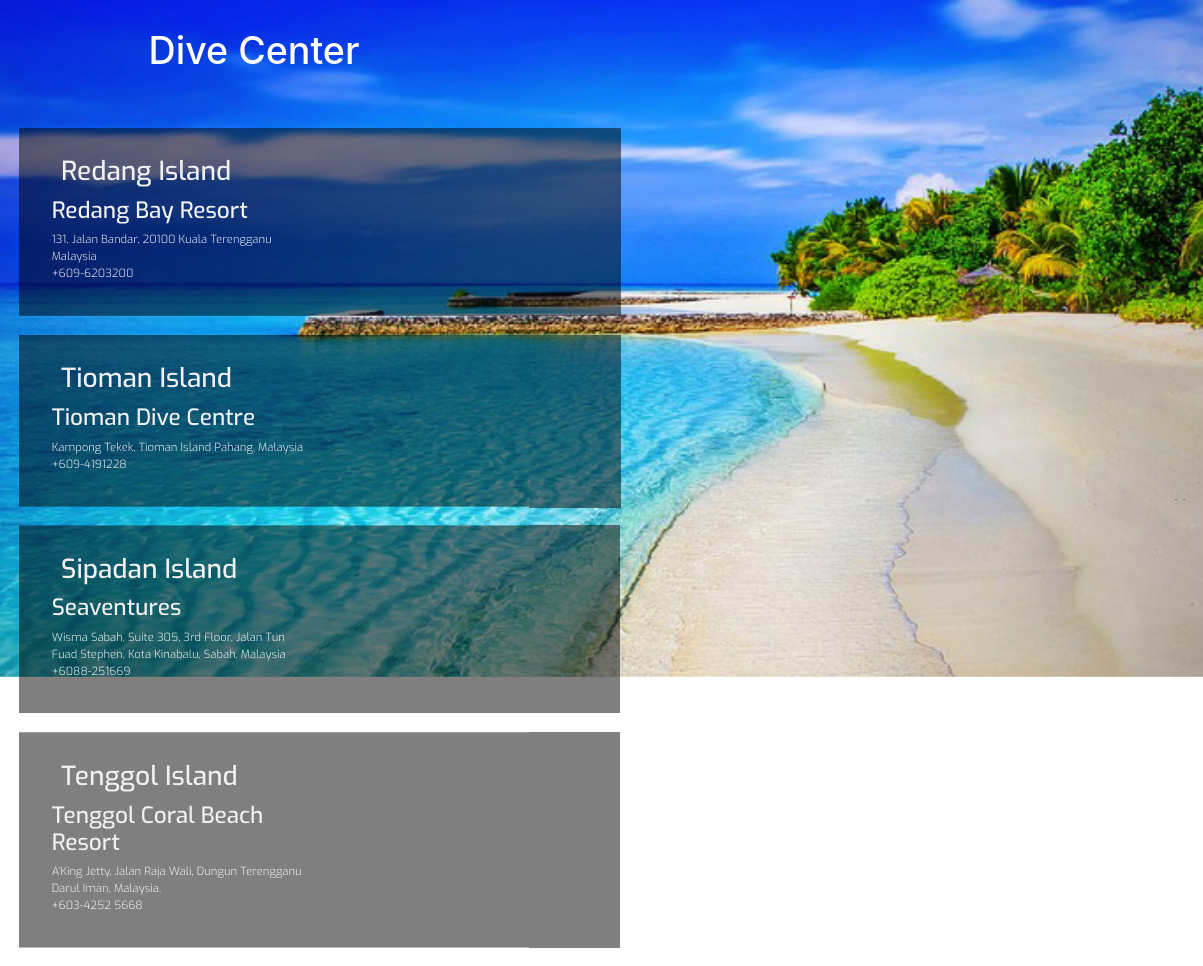
Repository: Code-Institute-Submissions/cathyann-diving.github.io
Page: divecenter.html
The author's editor kept a record of every edit. The page is drawn from the files as they stood at one moment, then again after the next edit.
The browser window is 1280 px wide. The pictures show the whole page, at 94% of full size.

Above is the page before.

### divecenter.html
<!DOCTYPE html>
<html lang="en">

<head>
    <meta charset="UTF-8">
    <meta name="viewport" content="width=device-width, initial-scale=1.0">
    <meta http-equiv="X-UA-Compatible" content="ie=edge">
    <link rel="stylesheet" href="https://stackpath.bootstrapcdn.com/bootstrap/4.3.1/css/bootstrap.min.css" type="text/css">
    <link rel="stylesheet" href="https://stackpath.bootstrapcdn.com/font-awesome/4.7.0/css/font-awesome.min.css" type="text/css">
    <link rel="stylesheet" href="https://cdnjs.cloudflare.com/ajax/libs/hover.css/2.3.1/css/hover-min.css" type="text/css">
    <link rel="stylesheet" href="assets/css/style.css" type="text/css">
    <title>Diving</title>
</head>

<body>
    <div class="bg-islands"></div>
    <div class="islands-intro row col-12 col-sm-12 col-lg-12">
        <h1>Dive Center</h1>
    </div>

        <div class="dive-center">
            <div class="col-12 col-sm-6 col-lg-6">
                <h3>Redang Island</h3>
                <h4>Redang Bay Resort</h4>
                <p>
                    131, Jalan Bandar, 20100 Kuala Terengganu Malaysia
                    <br>+609-6203200
                </p>
            </div>
        </div>


        <div class="dive-center">
            <div class="col-12 col-sm-6 col-lg-6">
                <h3>Tioman Island</h3>
                <h4>Tioman Dive Centre</h4>
                <p>
                    Kampong Tekek, Tioman Island Pahang, Malaysia<br> +609-4191228
                </p>
            </div>
        </div>


        <div class="dive-center">
            <div class="col-12 col-sm-6 col-lg-6">
                <h3>Sipadan Island</h3>
                <h4>Seaventures</h4>
                <p>Wisma Sabah, Suite 305, 3rd Floor, Jalan Tun Fuad Stephen, Kota Kinabalu, Sabah, Malaysia<br> +6088-251669
                </p>
            </div>
        </div>


        <div class="dive-center">
            <div class="col-12 col-sm-6 col-lg-6">
                <h3>Tenggol Island</h3>
                <h4>Tenggol Coral Beach Resort</h4>
                <p>A’King Jetty, Jalan Raja Wali, Dungun Terengganu Darul Iman, Malaysia.<br>+603-4252 5668</p>
            </div>
        </div>

</body>

</html>

### assets/css/style.css
@import url('https://fonts.googleapis.com/css?family=Roboto:100,200,300,400,500,600,700|Exo:100,200,300,400,500,600,700');

/*--------------------------------------------bg image */

.bg-landing {
    position: fixed;
    background-image: url("../images/jellyfish.jpg");
    display: inline-block;
    background-position: center;
    background-repeat: no-repeat;
    background-size: cover;
    height: 100%;
    width: 100%;
    transition: all .5s ease-in-out;
    -moz-transition: all .5s ease-in-out;
    -webkit-transition: all .5s ease-in-out;
}

.bg-home {
    position: fixed;
    background-image: url("../images/diver.jpg");
    display: inline-block;
    background-position: center;
    background-repeat: no-repeat;
    background-size: cover;
    height: 100%;
    width: 100%;
    transition: all .5s ease-in-out;
    -moz-transition: all .5s ease-in-out;
    -webkit-transition: all .5s ease-in-out;
}

.bg-islands {
    position: fixed;
    background-image: url("../images/beach.jpg");
    display: inline-block;
    background-position: center;
    background-repeat: no-repeat;
    background-size: cover;
    height: 100%;
    width: 100%;
    transition: all .5s ease-in-out;
    -moz-transition: all .5s ease-in-out;
    -webkit-transition: all .5s ease-in-out;
}

.bg-services {
    position: fixed;
    background-image: url("../images/nemo.jpg");
    display: inline-block;
    background-position: center;
    background-repeat: no-repeat;
    background-size: cover;
    height: 100%;
    width: 100%;
    transition: all .5s ease-in-out;
    -moz-transition: all .5s ease-in-out;
    -webkit-transition: all .5s ease-in-out;
}

.bg-contact {
    position: fixed;
    background-image: url("../images/sea.jpg");
    display: inline-block;
    background-position: center;
    background-repeat: no-repeat;
    background-size: cover;
    height: 100%;
    width: 100%;
    transition: all .5s ease-in-out;
    -moz-transition: all .5s ease-in-out;
    -webkit-transition: all .5s ease-in-out;
}

/*--------------------------------------------btn */

.btn {
    position: absolute;
    top: 50%;
    left: 50%;
    transform: translate(-50%, -50%);
    -ms-transform: translate(-50%, -50%);
    background-color: #6495ed;
    color: #00008B;
    font-size: 16px;
    font-family: "Roboto", sans-serif;
    font-weight: 400;
    padding: 10px 30px;
    border: none;
    border-radius: 5px;
    text-align: center;
}

.btn span {
    display: inline-block;
    position: relative;
    transition: 0.5s;
}

.btn span:after {
    content: '\00bb';
    position: absolute;
    opacity: 0;
    top: 0;
    right: -20px;
    transition: 0.5s;
}

.btn:hover span {
    padding-right: 25px;
}

.btn:hover span:after {
    opacity: 1;
    right: 0;
}

.button {
    margin-top: 5px;
    margin-bottom: 10px;
    color: #00008B;
    background-color: #4682B4;
    padding: 5px 10px;
    border: none;
    font-family: "EXO", sans-serif;
}

.button a {
    text-decoration: none;
}

/*--------------------------------------------navbar */

.navbar {
    background-color: #4682B4;
    top: 0;
    width: 100%;
    padding: 0px;
}

.navbar a {
    display: block;
    color: #fff;
    text-align: center;
    padding: 10px 18px;
    text-decoration: none;
    font-size: 12px;
}

#nav li {
    font-size: 12px;
    padding: 0;
}

#nav {
    margin: 0;
}

.menuitem span {
    display: block;
    width: 100%;
    padding-top: 5px;
    text-align: center;
    text-transform: uppercase;
    font-family: "Roboto", sans-serif;
    font-size: 12px;
    font-weight: 300;
    letter-spacing: 2px;
}

.list-inline-item:not(:last-child) {
    margin: 0;
}

.menucontainer {
    font-size: 0;
}

/*--------------------------------------------Hover.css*/

.hvr-sweep-to-bottom:before {
    background: #008B8B;
    height: 100%;
    color: black;
}


/*--------------------------------------------Content */

.container {
    position: relative;
    max-width: 100%;
    margin: auto;
    height: 50%;
}


.container .content {
    position: absolute;
    background: rgb(0, 0, 0, 0.5);
    color: #f1f1f1;
    font-family: "EXO", sans-serif;
    font-size: 12px;
    font-weight: 300;
    padding: 30px;
}

.islands-intro {
    position: relative;
    margin: auto;
    max-width: 80%;
    color: #fff;
}

.islands-intro .contents {
    background: rgb(0, 0, 0, 0.5);
    color: #f1f1f1;
    font-family: "EXO", sans-serif;
    font-size: 12px;
    font-weight: 300;
    padding: 20px;
    text-align: justify;
}

.dive-center {
    position: relative;
    max-width: 50%;
    margin: 20px;
    background: rgb(0, 0, 0, 0.5);
    color: #f1f1f1;
    font-family: "EXO", sans-serif;
    font-size: 12px;
    font-weight: 300;
    padding: 20px;
    text-align: left;
}


/*--------------------------------------------Contact Form */

h3 {
    margin: 10px;
}

.contact-heading {
    font-family: "Exo", sans-serif;
    font-weight: 300;
    color: #fff;
}

.center-form {
    padding: 10px;
    margin: 0 auto;
    max-width: 40%;
}

button[type="submit"] {
    margin-top: 30px;
    margin-bottom: 20px;
    color: #fafafa;
    background-color: #4682B4;
}

.form-control {
    border: 1px solid black;
    font-family: inherit;
    background-color: #B0C4DE;
}


.social-links {
    position: relative;
    padding-bottom: 10px;
}

.social-links li a i {
    width: 32px;
    height: 32px;
    padding: 10px 0;
    border-radius: 50%;
    font-size: 13px;
    line-height: 7px;
    text-align: center;
    color: #fafafa;
    background: #8f8f8f;
    transition: all 0.35s ease-in-out;
    -moz-transition: all 0.35s ease-in-out;
    -webkit-transition: all 0.35s ease-in-out;
    -o-transition: all 0.35s ease-in-out;
}

.social-links li a i:hover {
    background: #e84610;
}

.uppercase {
    text-transform: uppercase;
}

.list-inline {
    text-align: center;
}

/*--------------------------------------------islands heading */

.islands-intro {
    padding: 30px;
}



/*--------------------------------------------media */

@media(max-width: 576px) {
    .dive-center {
        max-width: 100%;
    }

    .center-form {
        padding: 10px;
        margin: 0 auto;
        max-width: 70%;
    }

    .container-contact {
        height: 80%;
        width: 80%;
    }
}

}

After the next edit:
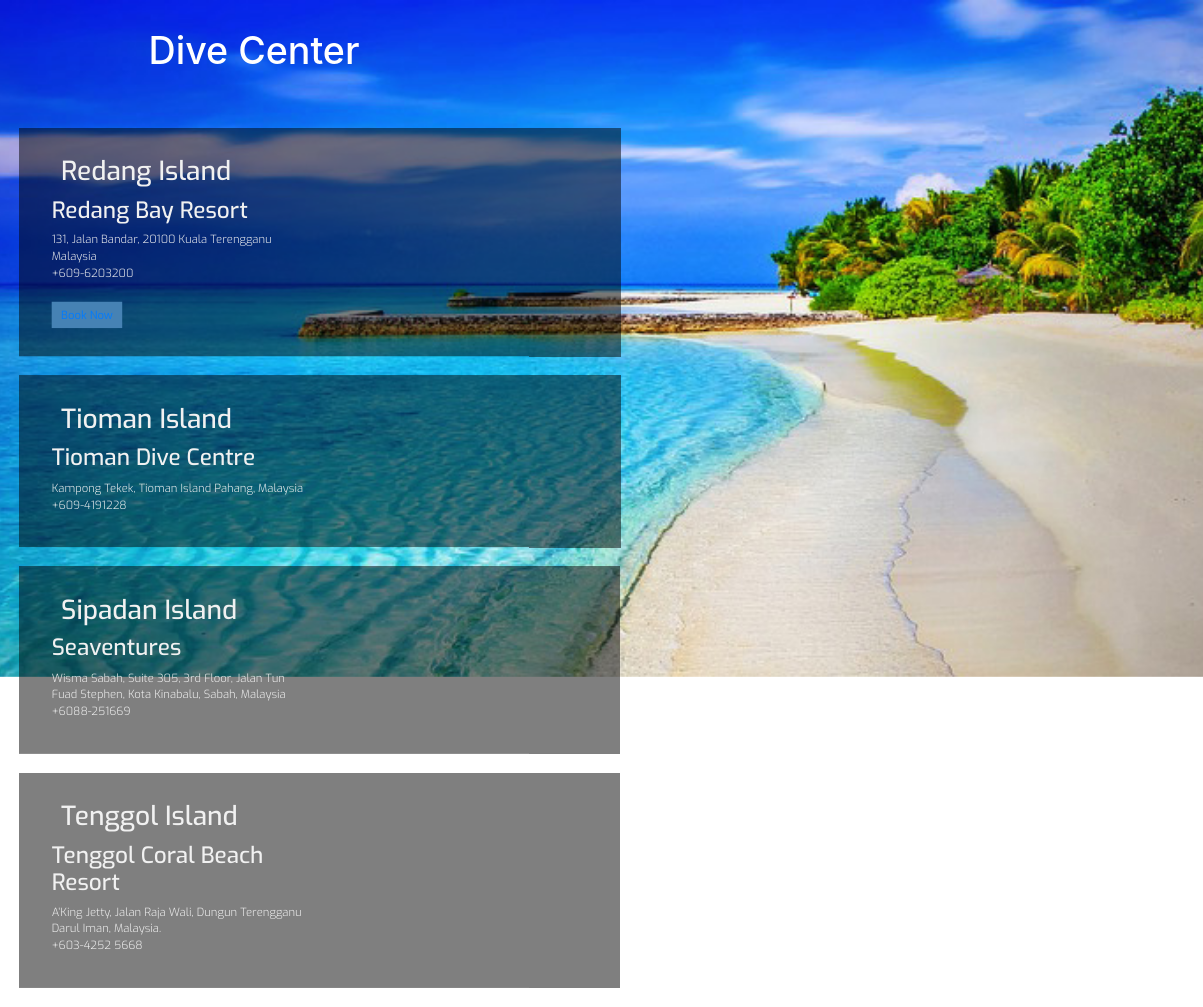
The edit:
--- a/divecenter.html
+++ b/divecenter.html
@@ -26,6 +26,7 @@
                     131, Jalan Bandar, 20100 Kuala Terengganu Malaysia
                     <br>+609-6203200
                 </p>
+                <button type="button" class="button"><a href="contact.html">Book Now</a></button>
             </div>
         </div>
 
